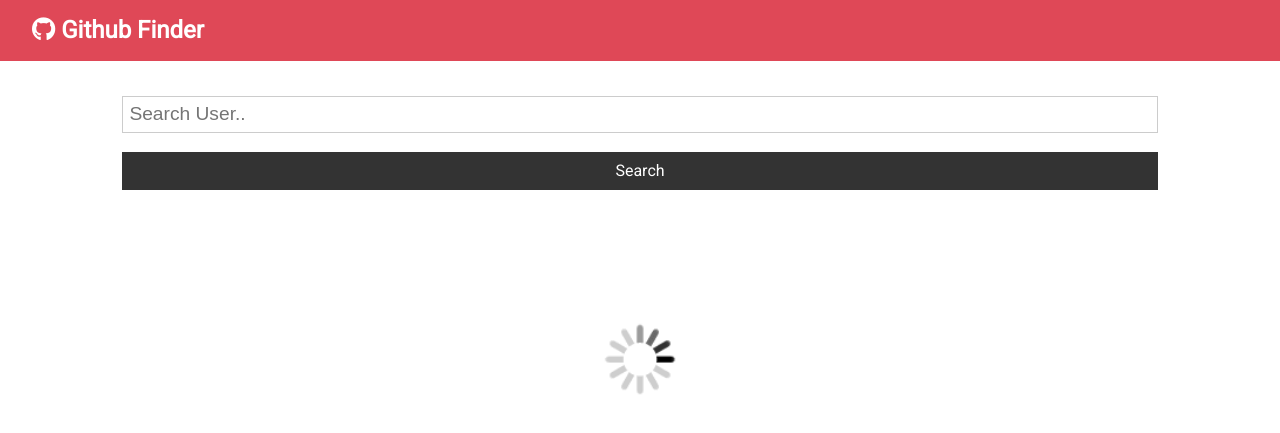
Repository: akash-saha-1/github-finder
Page: /
An editor plug-in stored every save of this project. The page is shown before and after the next save, followed by the edit.
The browser window is 1280 px wide. The pictures show the whole page.
The page's requests for data from a server got no answer. Some web libraries are served in a nearby version. The project was rebuilt for these pictures with package versions that can differ from the ones it lists, and the page was loaded fresh each time. No one was signed in, and anything a server would have sent is missing. Also part of the build but not shown: src/components/users/UserItem.js.

Above is the page before, as saved 2021-03-06 00:12:55.

### public/index.html
<!DOCTYPE html>
<html lang="en">

<head>
  <meta charset="utf-8" />
  <link rel="icon" href="%PUBLIC_URL%/favicon.ico" />
  <meta name="viewport" content="width=device-width, initial-scale=1" />
  <meta name="theme-color" content="#000000" />
  <meta name="description" content="Web site created using create-react-app" />
  <link rel="apple-touch-icon" href="%PUBLIC_URL%/logo192.png" />
  <link rel="manifest" href="%PUBLIC_URL%/manifest.json" />
  <link rel="stylesheet" href="https://use.fontawesome.com/releases/v5.8.2/css/all.css"
    integrity="sha384-oS3vJWv+0UjzBfQzYUhtDYW+Pj2yciDJxpsK1OYPAYjqT085Qq/1cq5FLXAZQ7Ay" crossorigin="anonymous" />
  <title>Github Finder</title>
</head>

<body>
  <noscript>You need to enable JavaScript to run this app.</noscript>
  <div id="root"></div>
</body>

</html>

### src/App.js
import React, { Component } from "react";
import "./App.css";
import Navbar from "./components/layout/Navbar";
import Users from "./components/users/Users";
import axios from "axios";
import Search from "./components/users/Search";

class App extends Component {
  state = {
    users: [],
    loading: false,
  };
  async componentDidMount() {
    this.setState({ loading: true });
    const res = await axios.get(
      `https://api.github.com/users?client_id=${process.env.REACT_APP_GITHUB_CLIENT_ID}&client_secret=${process.env.REACT_APP_GITHUB_CLIENT_SECRET}`
    );
    this.setState({ users: res.data, loading: false });
  }
  searchUsers = async (text) => {
    this.setState({ loading: true });
    const res = await axios.get(
      `https://api.github.com/search/users?q=${text}&client_id=${process.env.REACT_APP_GITHUB_CLIENT_ID}&client_secret=${process.env.REACT_APP_GITHUB_CLIENT_SECRET}`
    );
    this.setState({ users: res.data.items, loading: false });
  };

  render() {
    return (
      <div className="App">
        <Navbar tite="Navbar Finder" />
        <div className="container">
          <Search searchUsers={this.searchUsers} />
          <Users loading={this.state.loading} users={this.state.users} />
        </div>
      </div>
    );
  }
}

export default App;

### src/components/layout/Navbar.js
import React from "react";
import PropTypes from "prop-types";

const Navbar = ({ icon, title }) => {
  // static defaultProps = {
  //   title: "Github Finder",
  //   icon: "fab fa-github",
  // };
  // static propTypes = {
  //   title: PropTypes.string.isRequired,
  //   icon: PropTypes.string.isRequired,
  // };
  return (
    <div>
      <nav className="navbar bg-primary">
        <h1>
          <i className={icon}></i>
          {"  " + title}
        </h1>
      </nav>
    </div>
  );
};
Navbar.defaultProps = {
  title: "Github Finder",
  icon: "fab fa-github",
};
Navbar.propTypes = {
  title: PropTypes.string.isRequired,
  icon: PropTypes.string.isRequired,
};

export default Navbar;

### src/components/users/Users.js
import React from "react";
import UserItem from "./UserItem";
import Spinner from "../layout/Spinner";
import PropTypes from "prop-types";

const Users = ({ users, loading }) => {
  if (loading) {
    return <Spinner />;
  } else {
    return (
      <div style={userStyle}>
        {users.map((user) => (
          <UserItem key={user.id} user={user} />
        ))}
      </div>
    );
  }
};

UserItem.propType = {
  users: PropTypes.array.isRequired,
  loading: PropTypes.bool.isRequired,
};

const userStyle = {
  display: "grid",
  gridTemplateColumns: "repeat(3,1fr)",
  gridGap: "1rem",
};

export default Users;

### src/components/users/Search.js
import React, { Component } from "react";

export class Search extends Component {
  state = {
    text: "",
  };
  onChange = (e) => this.setState({ [e.target.name]: e.target.value });
  onSubmit(e) {
    //if we dont use arrow dunction then we have to bind this
    e.preventDefault();
    console.log(this.state.text);
    this.props.searchUsers(this.state.text);
    this.setState({ text: "" });
  }

  render() {
    return (
      <div>
        <form className="form" onSubmit={this.onSubmit.bind(this)}>
          <input
            type="text"
            name="text"
            placeholder="Search User.."
            value={this.state.text}
            onChange={this.onChange}
          />
          <input
            type="submit"
            value="Search"
            className="btn btn-dark btn-block"
          />
        </form>
      </div>
    );
  }
}

export default Search;

### src/components/layout/Spinner.js
import React, { Fragment } from "react";
import spinner from "./spinner.gif";

const Spinner = () => {
  return (
    <Fragment>
      <img
        src={spinner}
        alt="Loading..."
        style={{
          margin: "auto",
          width: "300px",
          height: "300px",
          display: "block",
        }}
      />
    </Fragment>
  );
};

export default Spinner;

Loaded but not shown: src/index.js (common file); src/App.css (common file)

After the next save:
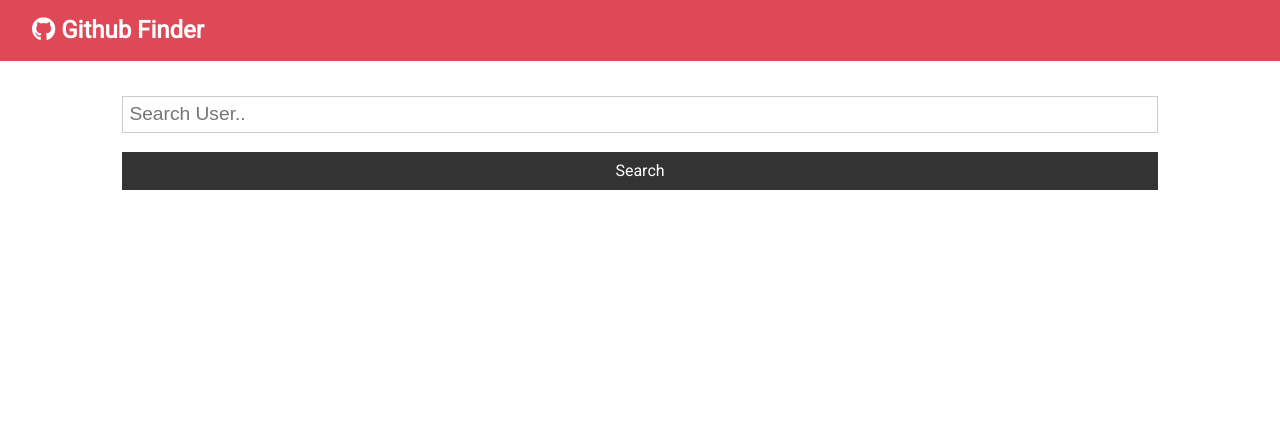
Saved 4 min 35 s later.
--- a/src/App.js
+++ b/src/App.js
@@ -10,13 +10,13 @@ class App extends Component {
     users: [],
     loading: false,
   };
-  async componentDidMount() {
-    this.setState({ loading: true });
-    const res = await axios.get(
-      `https://api.github.com/users?client_id=${process.env.REACT_APP_GITHUB_CLIENT_ID}&client_secret=${process.env.REACT_APP_GITHUB_CLIENT_SECRET}`
-    );
-    this.setState({ users: res.data, loading: false });
-  }
+  // async componentDidMount() {
+  //   this.setState({ loading: true });
+  //   const res = await axios.get(
+  //     `https://api.github.com/users?client_id=${process.env.REACT_APP_GITHUB_CLIENT_ID}&client_secret=${process.env.REACT_APP_GITHUB_CLIENT_SECRET}`
+  //   );
+  //   this.setState({ users: res.data, loading: false });
+  // }
   searchUsers = async (text) => {
     this.setState({ loading: true });
     const res = await axios.get(
